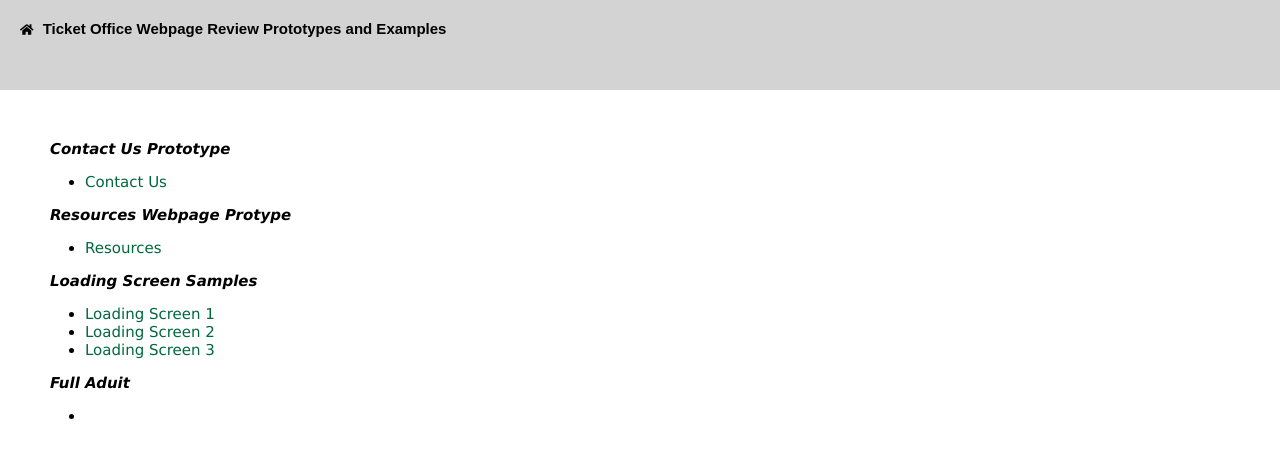
Repository: morganiverson/ticketofficewebpage
Page: index.html
The author's editor kept a copy of each file at every save. The page is drawn from the files as they stood at one save, then again after a run of saves.
The browser window is 1280 px wide. The pictures show the whole page.
Some web libraries are served in a nearby version.

Above is the page before, as saved 2022-05-03 15:59:11.

### index.html
<html>

<head>
    <link rel="stylesheet" href="https://use.fontawesome.com/releases/v5.5.0/css/all.css"
        integrity="sha384-B4dIYHKNBt8Bc12p+WXckhzcICo0wtJAoU8YZTY5qE0Id1GSseTk6S+L3BlXeVIU" crossorigin="anonymous">
    <meta name="viewport" content="width=device-width, initial-scale=1">

    <style>
        body {
            top: 70px;
            font-family: Verdana, Tahoma, sans-serif;
            font-size: 15px;
            display: flex;
			justify-content: center;
			margin: 0;
        }

        ul p {
            font-style: italic;
            font-style: 17px;
            font-weight: bold;
        }

        a {
            text-decoration: none;
            color: #00693c
        }

        a:hover {
            font-weight: bold;
        }

        li {
            margin-left: 35px;
        }

        .header {
            position: relative;
            top: 0;
            z-index: 100;
            background-color: lightgrey;
            height: 50px;
            width: 100%;
            padding: 20;
            color: black;
            text-align: left;
            font-weight: bold;
            font-family: 'Urbanist', sans-serif;
            /* display: none; */
        }


		.header i {
			vertical-align: baseline;
			color: black;
			margin-right: 5px;
			font-size: 12px;
		}
        .page_body {
			width: 100%;
			padding: 10;
			box-sizing: border-box;

			display: flex;
			flex-direction: column;
			align-items: flex-start;
			justify-content: flex-start;
			position: absolute;
			margin-top: 100px;
		}
    </style>
</head>

<body>
    <div class='header'> <a disabled class='back' href='//morganiverson.github.io/ticketofficewebpage'><i
                class="fas fa-home"></i></a>
        Ticket Office Webpage Review Prototypes and Examples</div>
   <div class = "page_body">
        <ul>
        <p>Contact Us Prototype</p>
        <li><a href='/ticketofficewebpage/contact.html'>Contact Us</a></li>

        <p>Resources Webpage Protype</p>
        <li><a href='/ticketofficewebpage/resources.html'>Resources</a></li>

        <p>Loading Screen Samples</p>
        <li><a href='/ticketoffice/loading1.html'>Loading Screen 1</a></li>
        <li><a href='/ticketoffice/loading2.html'>Loading Screen 2</a></li>
        <li><a href='/ticketoffice/loading3.html'>Loading Screen 3</a></li>

        <p>Full Aduit</p>
        <li><a href = '/ticketoffice/TicketOfficeWebpageReview-Iverson-092021.pdf'</li>
    </ul>
</div>
</body>

</html>

After the next 4 saves:
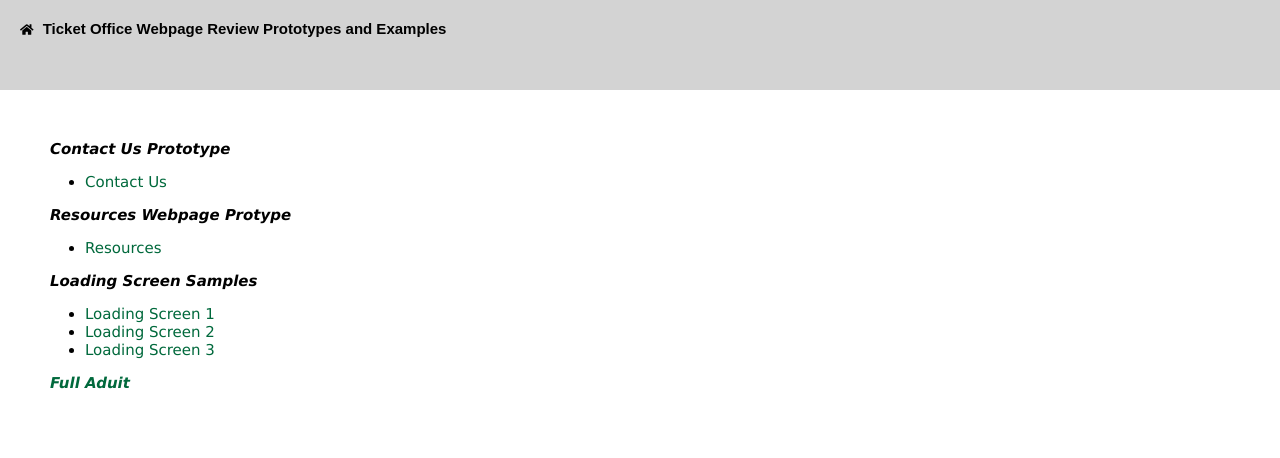
The 4 saves are shown as one change because they came seconds apart.
The last was saved 12 s later.
--- a/index.html
+++ b/index.html
@@ -88,8 +88,7 @@
         <li><a href='/ticketoffice/loading2.html'>Loading Screen 2</a></li>
         <li><a href='/ticketoffice/loading3.html'>Loading Screen 3</a></li>
 
-        <p>Full Aduit</p>
-        <li><a href = '/ticketoffice/TicketOfficeWebpageReview-Iverson-092021.pdf'</li>
+        <p><a href = '/ticketoffice/TicketOfficeWebpageReview-Iverson-092021.pdf'>Full Aduit</a></p>
     </ul>
 </div>
 </body>
